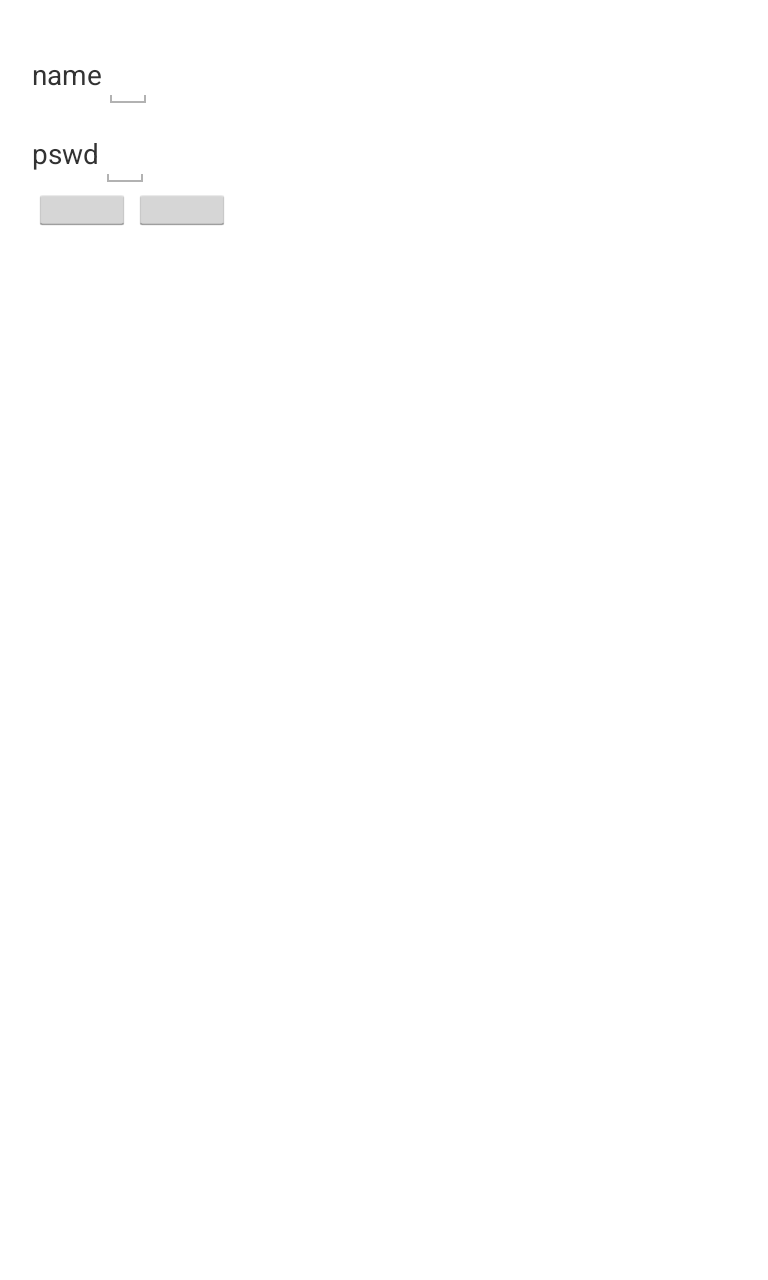
Repository: KnightFreedom/cookcook
Layout: client/CookCook/res/layout/activity_main.xml
An editor plug-in stored every save of this project. The layout is shown before and after the next save, followed by the edit.
It is drawn on a 768 x 1280 px phone screen (xhdpi) without system bars, with theme AppTheme; the app's code is not run.

Above is the layout before, as saved 2017-05-09 11:37:56.

### client/CookCook/res/layout/activity_main.xml
<RelativeLayout xmlns:android="http://schemas.android.com/apk/res/android"
    xmlns:tools="http://schemas.android.com/tools"
    android:layout_width="match_parent"
    android:layout_height="match_parent"
    android:paddingBottom="@dimen/activity_vertical_margin"
    android:paddingLeft="@dimen/activity_horizontal_margin"
    android:paddingRight="@dimen/activity_horizontal_margin"
    android:paddingTop="@dimen/activity_vertical_margin"
    tools:context=".MainActivity" >


    <LinearLayout
        android:layout_width="match_parent"
        android:layout_height="wrap_content"
        android:orientation = "vertical">

	    <LinearLayout android:layout_width = "match_parent"
	        android:layout_height = "match_parent"
	        android:orientation = "horizontal">

	    <TextView
	        android:layout_width="wrap_content"
	        android:layout_height="wrap_content"
	        android:text="@string/usrName" />

	    <EditText
	        android:layout_width= "wrap_content"
	        android:layout_height = "wrap_content"
	        android:maxWidth = "60dp"
	        />

	    </LinearLayout>

	    <!-- comment -->
	    <LinearLayout
	        android:layout_width = "match_parent"
	        android:layout_height = "match_parent"
	        android:orientation = "horizontal">

	    <TextView
	        android:layout_width="wrap_content"
	        android:layout_height="wrap_content"
	        android:text="@string/pswd" />

	    <EditText
	        android:layout_width= "wrap_content"
	        android:layout_height = "wrap_content"
	        android:maxWidth = "60dp"
	        />

	    </LinearLayout>

	    <LinearLayout
	        android:layout_width = "match_parent"
	        android:layout_height = "match_parent"
	        android:orientation = "horizontal"
	        >
	    <Button
	        android:layout_width = "50dp"
	        android:layout_height = "20dp"
	        android:text="@string/login"
	        />

	    <Button
	        android:layout_width = "50dp"
	        android:layout_height = "20dp"
	        android:text="@string/signup"
	        />

	    </LinearLayout>

    </LinearLayout>


</RelativeLayout>

### client/CookCook/res/values/strings.xml
<?xml version="1.0" encoding="utf-8"?>
<resources>

    <string name="app_name">CookCook</string>
    <string name="action_settings">Settings</string>
    <string name="hello_world">Hello world!</string>
    <string name="usrName">name</string>
    <string name="pswd">pswd</string>
    <string name="login">login</string>
    <string name="signup">signup</string>

</resources>

Loaded but not shown: client/CookCook/res/values/styles.xml (common file); client/CookCook/res/values-v11/styles.xml (common file); client/CookCook/res/values-v14/styles.xml (common file); client/CookCook/res/values/dimens.xml (common file)

After the next save:
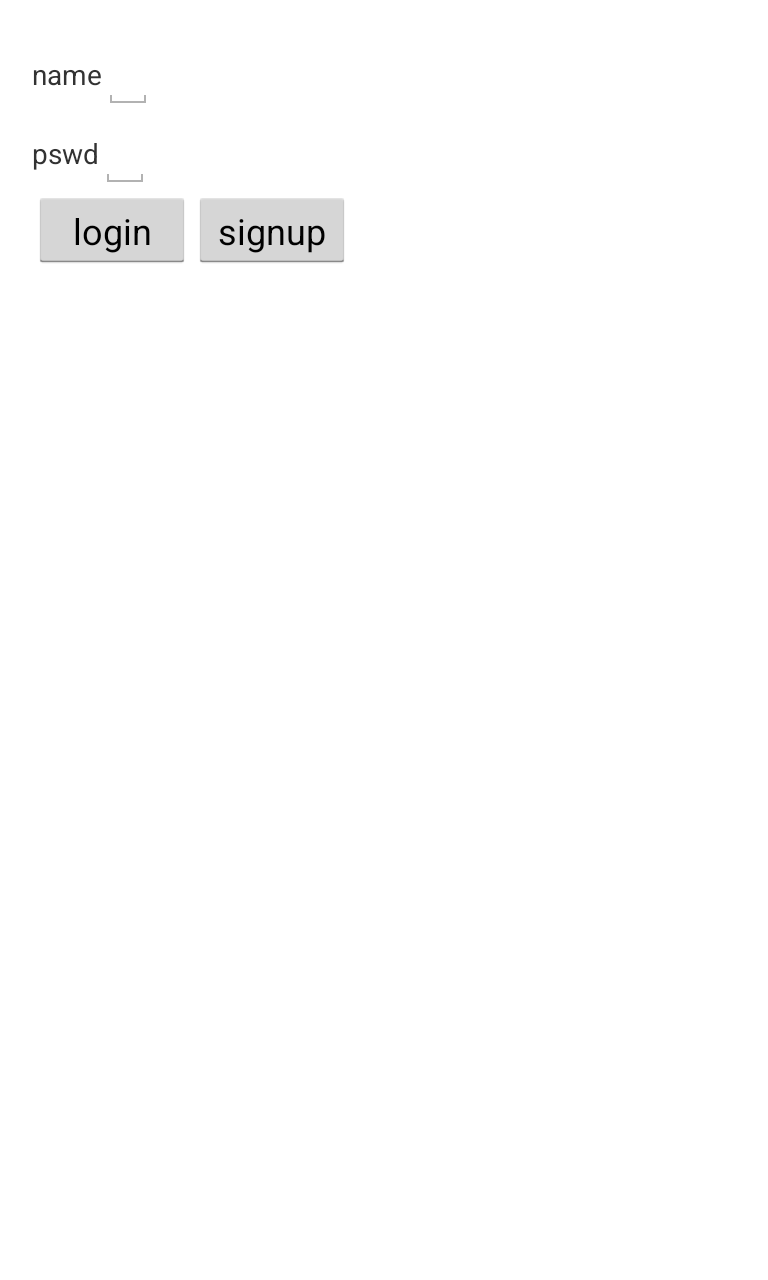
Saved 65 s later.
--- a/client/CookCook/res/layout/activity_main.xml
+++ b/client/CookCook/res/layout/activity_main.xml
@@ -56,14 +56,14 @@
 	        android:orientation = "horizontal"
 	        >
 	    <Button
-	        android:layout_width = "50dp"
-	        android:layout_height = "20dp"
+	        android:layout_width = "80dp"
+	        android:layout_height = "40dp"
 	        android:text="@string/login"
 	        />
 
 	    <Button
-	        android:layout_width = "50dp"
-	        android:layout_height = "20dp"
+	        android:layout_width = "80dp"
+	        android:layout_height = "40dp"
 	        android:text="@string/signup"
 	        />
 
